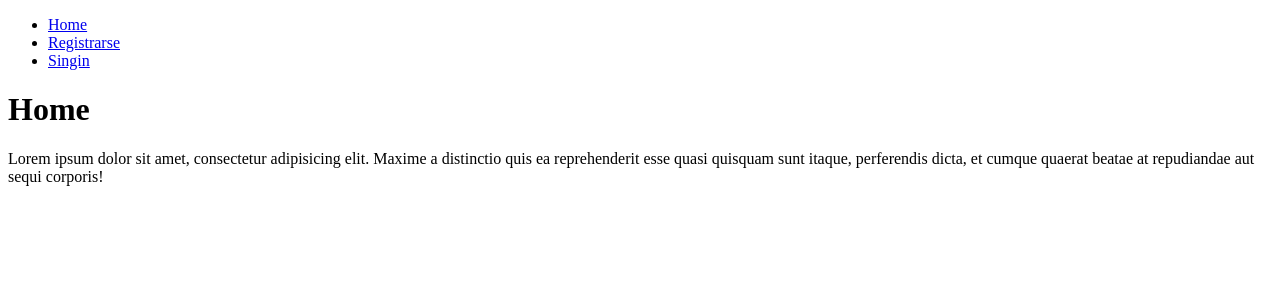
Repository: fercho9922/django-auth-crud
Page: http://localhost/
An editor plug-in stored every save of this project. The page is shown before and after the next save, followed by the edit.
The browser window is 1280 px wide. The pictures show the whole page.
The page is served by the project's application, run on Django 5.2 (manage.py).

Above is the page before, as saved 2024-04-12 09:57:16.

After the next save:
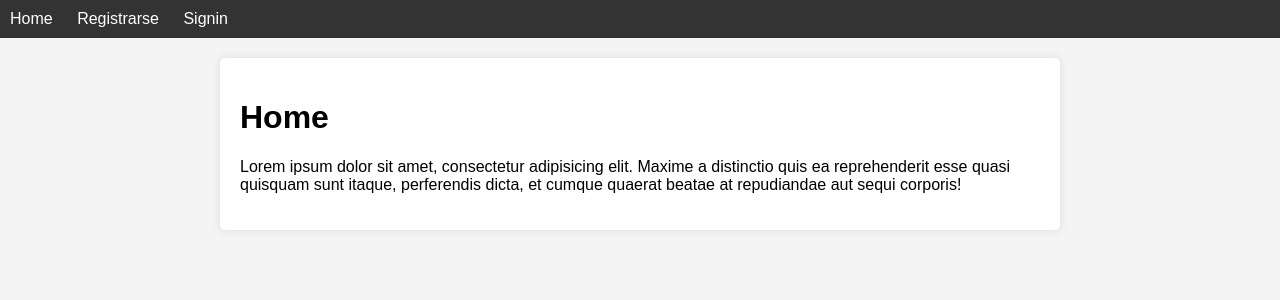
Saved 119 min 10 s later.
--- a/tasks/templates/base.html
+++ b/tasks/templates/base.html
@@ -3,7 +3,44 @@
 <head>
     <meta charset="UTF-8">
     <meta name="viewport" content="width=device-width, initial-scale=1.0">
-    <title>Django crud application</title>
+    <title>Django CRUD Application</title>
+    <style>
+        body {
+            font-family: Arial, sans-serif;
+            margin: 0;
+            padding: 0;
+            background-color: #f4f4f4;
+        }
+        nav {
+            background-color: #333;
+            color: #fff;
+            padding: 10px;
+        }
+        nav ul {
+            list-style-type: none;
+            margin: 0;
+            padding: 0;
+        }
+        nav ul li {
+            display: inline;
+            margin-right: 20px;
+        }
+        nav ul li a {
+            color: #fff;
+            text-decoration: none;
+        }
+        nav ul li a:hover {
+            text-decoration: underline;
+        }
+        .container {
+            max-width: 800px;
+            margin: 20px auto;
+            padding: 20px;
+            background-color: #fff;
+            border-radius: 5px;
+            box-shadow: 0 0 10px rgba(0, 0, 0, 0.1);
+        }
+    </style>
 </head>
 <body>
     <nav>
@@ -13,25 +50,27 @@
             </li>
             {% if user.is_authenticated %}
             <li>
-                <a href="/tasks/create">Create task</a>
+                <a href="/tasks/create">Create Task</a>
             </li>
             <li>
                 <a href="/tasks">Tasks</a>
             </li>
             <li>
-                <a href="/logout">logout</a>
+                <a href="/logout">Logout</a>
             </li>
             {% else %}
-                <li>
-                    <a href="/signup">Registrarse</a>
-                </li>
-                <li>
-                    <a href="/signin">Singin</a>
-                </li>
+            <li>
+                <a href="/signup">Registrarse</a>
+            </li>
+            <li>
+                <a href="/signin">Signin</a>
+            </li>
             {% endif %}
         </ul>
     </nav>
-    {% block content %}
-    {% endblock %}
+    <div class="container">
+        {% block content %}
+        {% endblock %}
+    </div>
 </body>
 </html>
